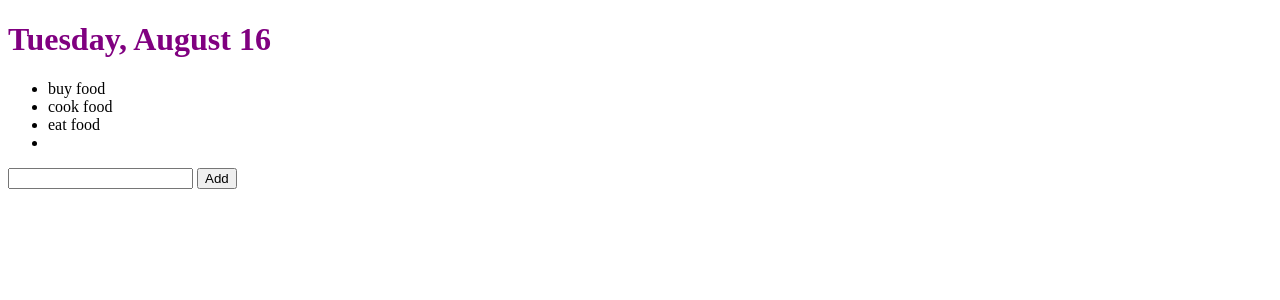
Repository: leyvamn2/todolist
Page: http://localhost/
An editor plug-in stored every save of this project. The page is shown before and after a run of saves, followed by the edit.
The browser window is 1280 px wide. The pictures show the whole page.
The page is served by the project's Node server (app.js).

Above is the page before, as saved 2022-08-18 19:40:46.

After the next 3 saves:
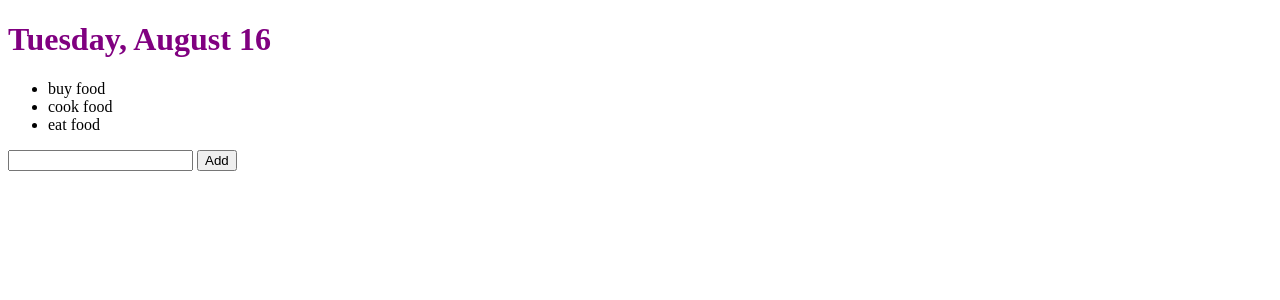
The 3 saves are shown as one change because 2 did not build or start.
The last was saved 4 min 17 s later.
--- a/views/list.ejs
+++ b/views/list.ejs
@@ -11,7 +11,11 @@
             <li>buy food</li>
             <li>cook food</li>
             <li>eat food </li>
-            <li><%= newListItem %></li>
+            <% for(var i=0;i<newListItems.length;i++){ %>
+                <li><%= newListItem[i] %></li>
+
+            <% } %>
+
         </ul>
        <form class="submit" action="/" method="post">
             <input type="text" name="newItem">
--- a/app.js
+++ b/app.js
@@ -32,12 +32,13 @@ app.get("/",function(req,res){
         //res.send(); esto sirve para crear directamente html
     }
 
-    res.render("list.ejs", { kindOfDay:day,  newListItem: items});
+    res.render("list.ejs", { kindOfDay:day,  newListItems: items});
 });
 
 app.post("/",function(req,res){
     var item=req.body.newItem;
     items.push(item);
+    items.len
     res.redirect("/");
     // res.render("list.ejs",{kindOfDay:day, newListItem: item})
 });
